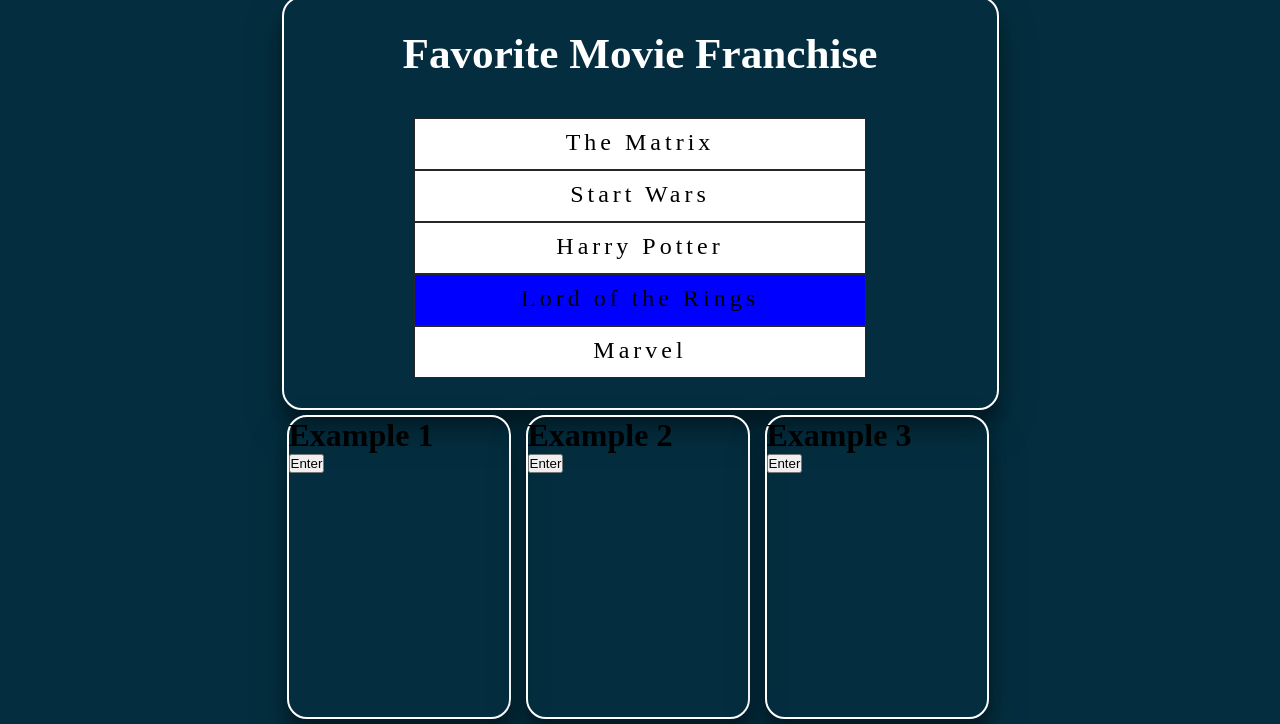
Repository: Ellisvelandia/DOM-Manipulation
Page: index.html
An editor plug-in stored every save of this project. The page is shown before and after the next save, followed by the edit.
The browser window is 1280 px wide. The pictures show the whole page.

Above is the page before, as saved 2022-08-22 16:56:04.

After the next save:
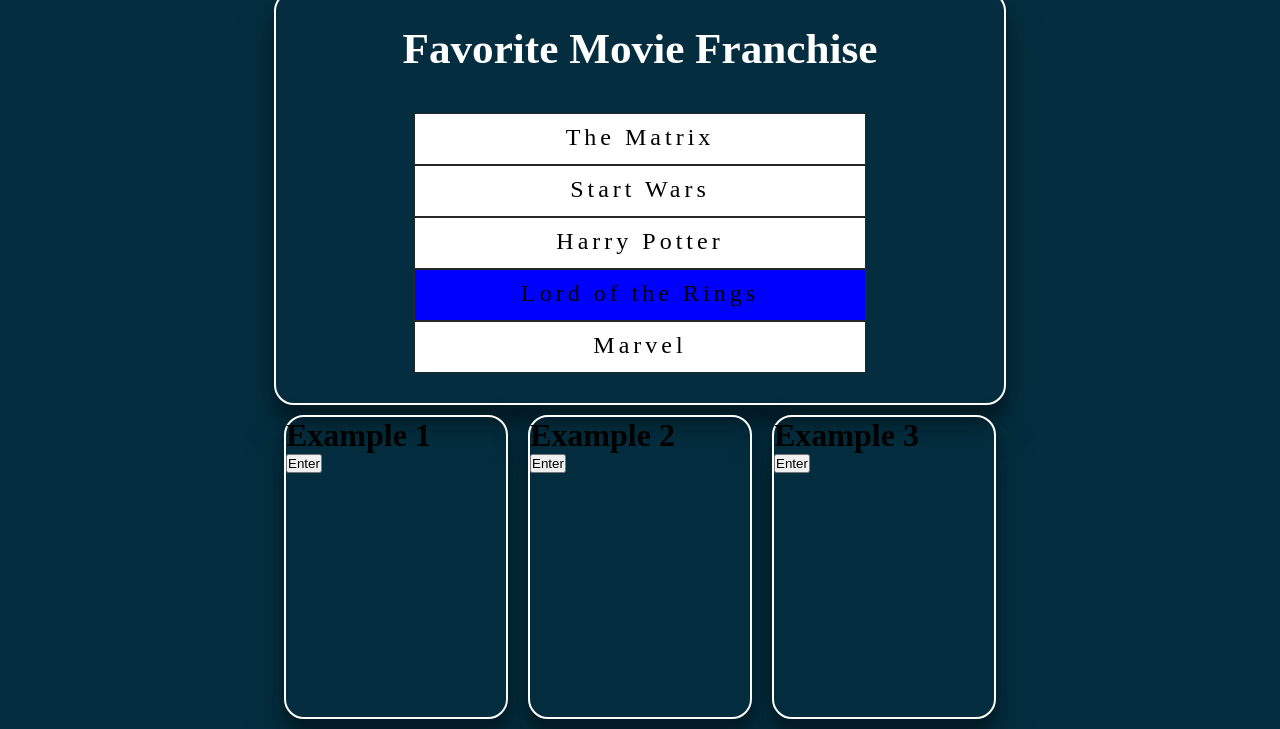
Saved 9 s later.
--- a/style.css
+++ b/style.css
@@ -63,7 +63,7 @@
   border: 1px solid transparent;
   border-radius: 20px;
   height: 300px;
-  margin-right: 10px;
+  margin: 10px;
   width: 220px;
   border: 2px solid #fff;
   box-shadow: rgba(0, 0, 0, 0.3) 0px 19px 38px,
